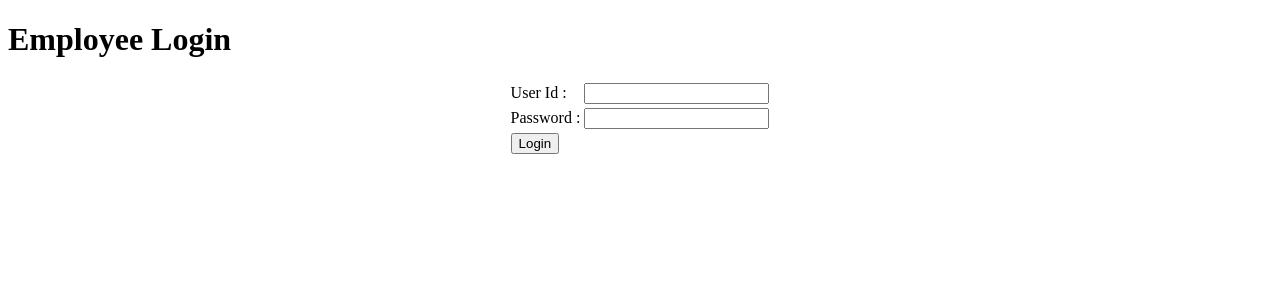
Repository: gajanansp07/Advance_Java_Practice
Page: http://localhost/JDBCCURD/login.jsp
These files come from the project's save history. The page is drawn as it stood at one moment and after the next save; the edit follows.
The browser window is 1280 px wide. The pictures show the whole page.
The page is served by Tomcat 9.

Above is the page before, as saved 2022-03-18 10:10:40.

After the next save:
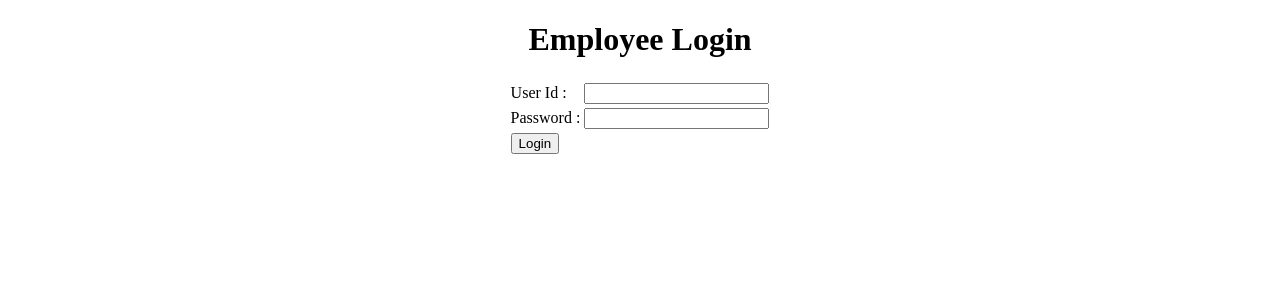
Saved 19 s later.
--- a/JDBCCURD/src/main/webapp/login.jsp
+++ b/JDBCCURD/src/main/webapp/login.jsp
@@ -7,7 +7,7 @@
 <title>Insert title here</title>
 </head>
 <body>
-	<h1 id="jd_log_hdng">Employee Login</h1>
+	<h1 id="jd_log_hdng" align="center">Employee Login</h1>
 	<form action="ulogin.jsp" mthod="post">
 	<table align="center">
 		<tr>
